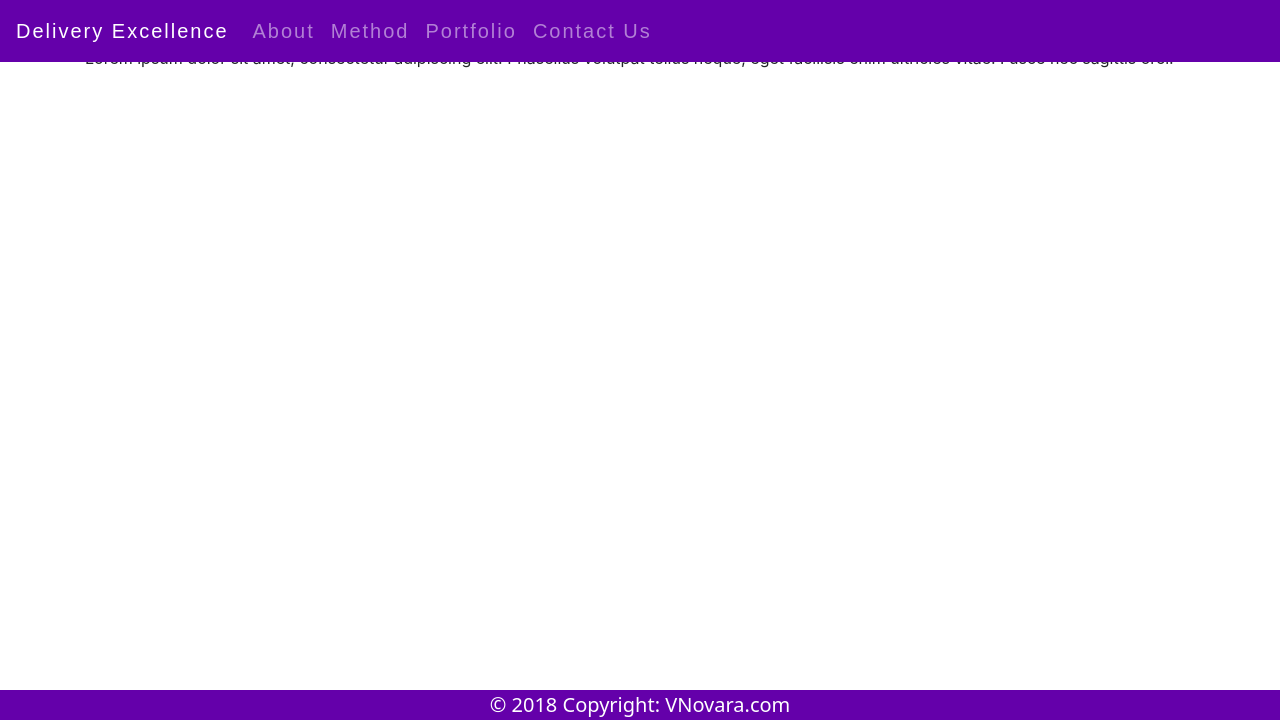
Repository: valenovi76/DeliveryExcellence
Page: method.html
The author's editor kept a record of every edit. The page is drawn from the files as they stood at one moment, then again after the next edit.
The browser window is 1280 px wide. The pictures show the whole page.
Some web libraries are served in a nearby version.

Above is the page before.

After the next edit:
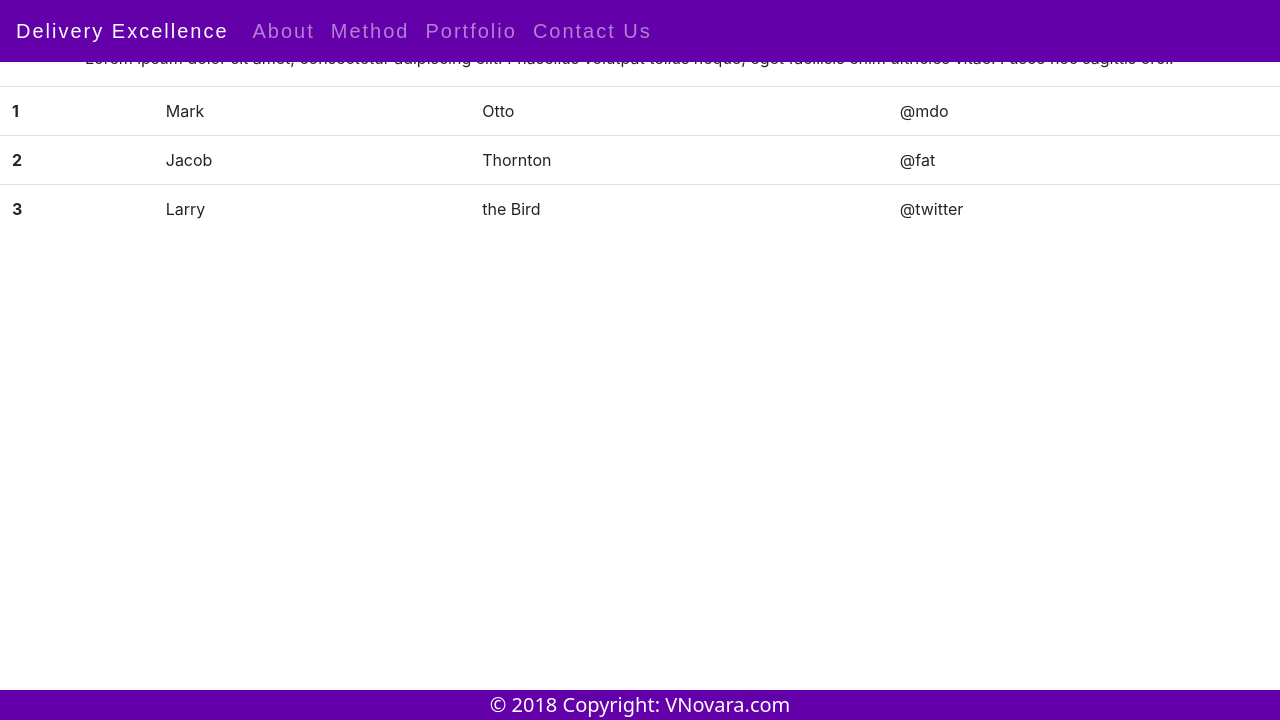
The edit:
--- a/method.html
+++ b/method.html
@@ -47,7 +47,30 @@
                 Fusce nec sagittis orci. </p>
             </section>
         </div>
-
+        <table class="table">
+  <thead>
+  </thead>
+  <tbody>
+    <tr>
+      <th scope="row">1</th>
+      <td>Mark</td>
+      <td>Otto</td>
+      <td>@mdo</td>
+    </tr>
+    <tr>
+      <th scope="row">2</th>
+      <td>Jacob</td>
+      <td>Thornton</td>
+      <td>@fat</td>
+    </tr>
+    <tr>
+      <th scope="row">3</th>
+      <td>Larry</td>
+      <td>the Bird</td>
+      <td>@twitter</td>
+    </tr>
+  </tbody>
+</table>
 
         <footer class="container-fluid font-small blue fixed-bottom">
                 <div class="footer-copyright">
